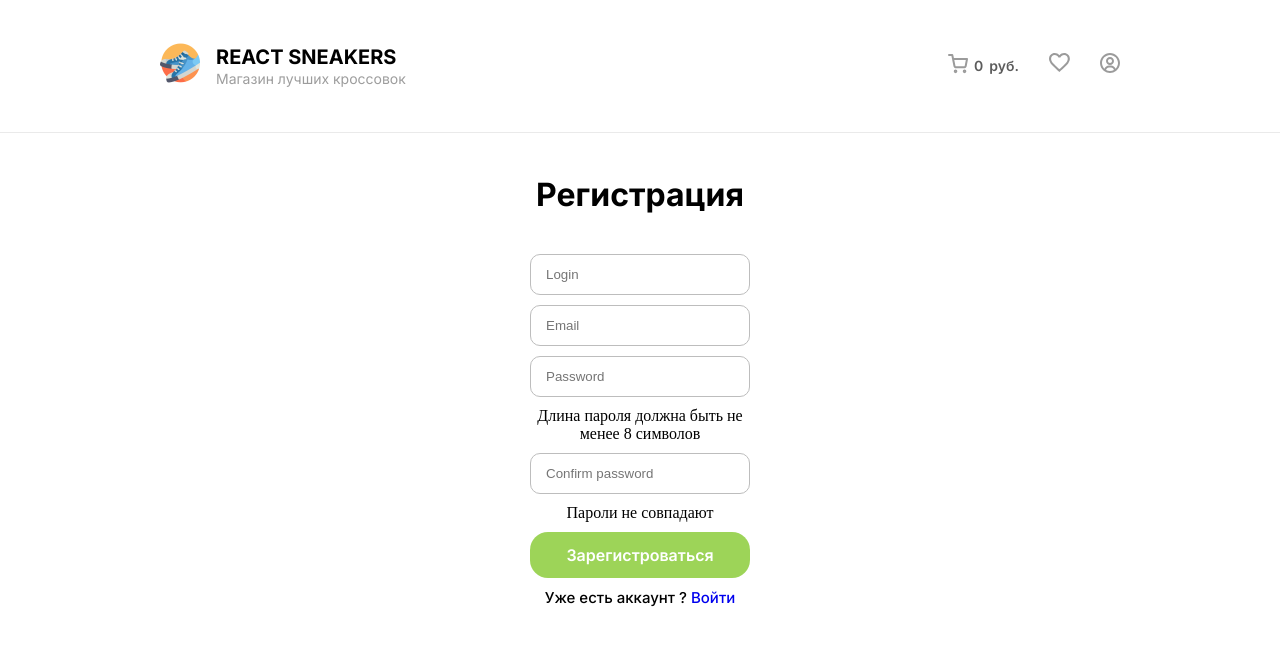
Repository: maxbirimkulov/sneakers20
Page: src/pages/register.html
An editor plug-in stored every save of this project. The page is shown before and after the next save, followed by the edit.
The browser window is 1280 px wide. The pictures show the whole page.
The style sheet was rebuilt from its Sass, Less or Tailwind sources for each picture, by a compiler version that may differ from the author's.

Above is the page before, as saved 2022-11-12 21:04:28.

After the next save:
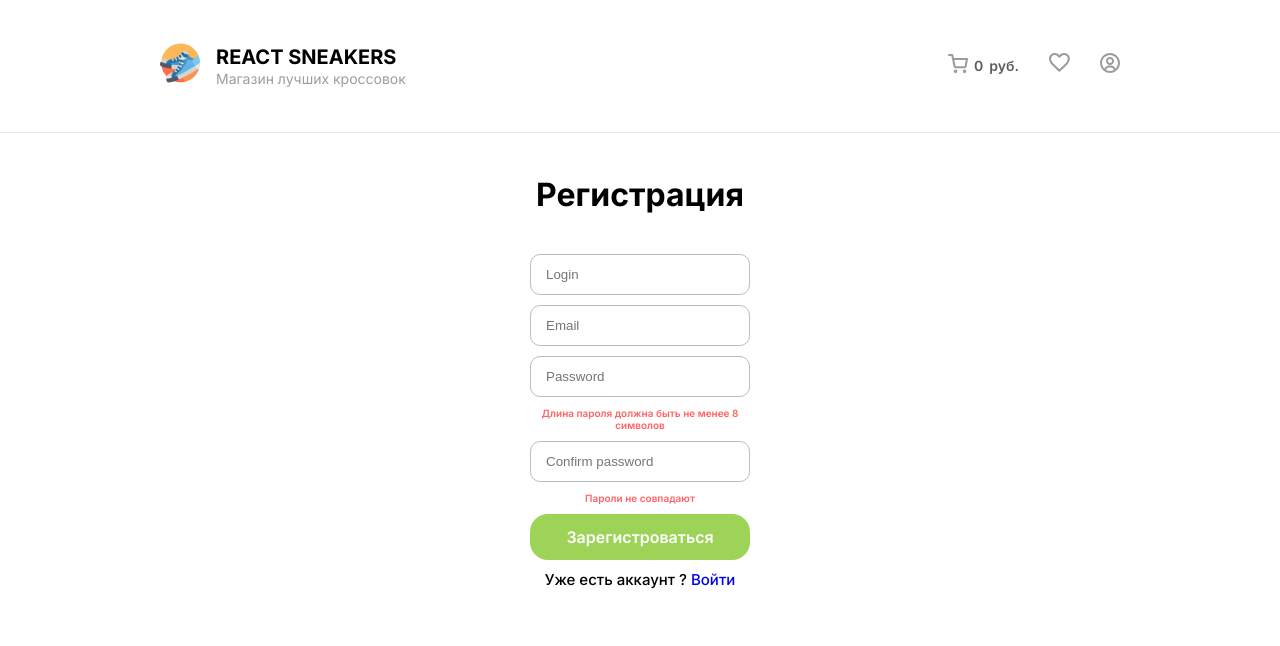
Saved 64 s later.
--- a/src/css/_register.scss
+++ b/src/css/_register.scss
@@ -19,6 +19,9 @@
     border-radius: 10px;
     border: 1px solid #bdbdbd;
   }
+  &__error {
+    @include text($int, normal, 600, 10px, 0, #ff6464);
+  }
   &__btn {
     @include text($int, normal, 600, 16px, 0, #fff);
     padding: 13px;
